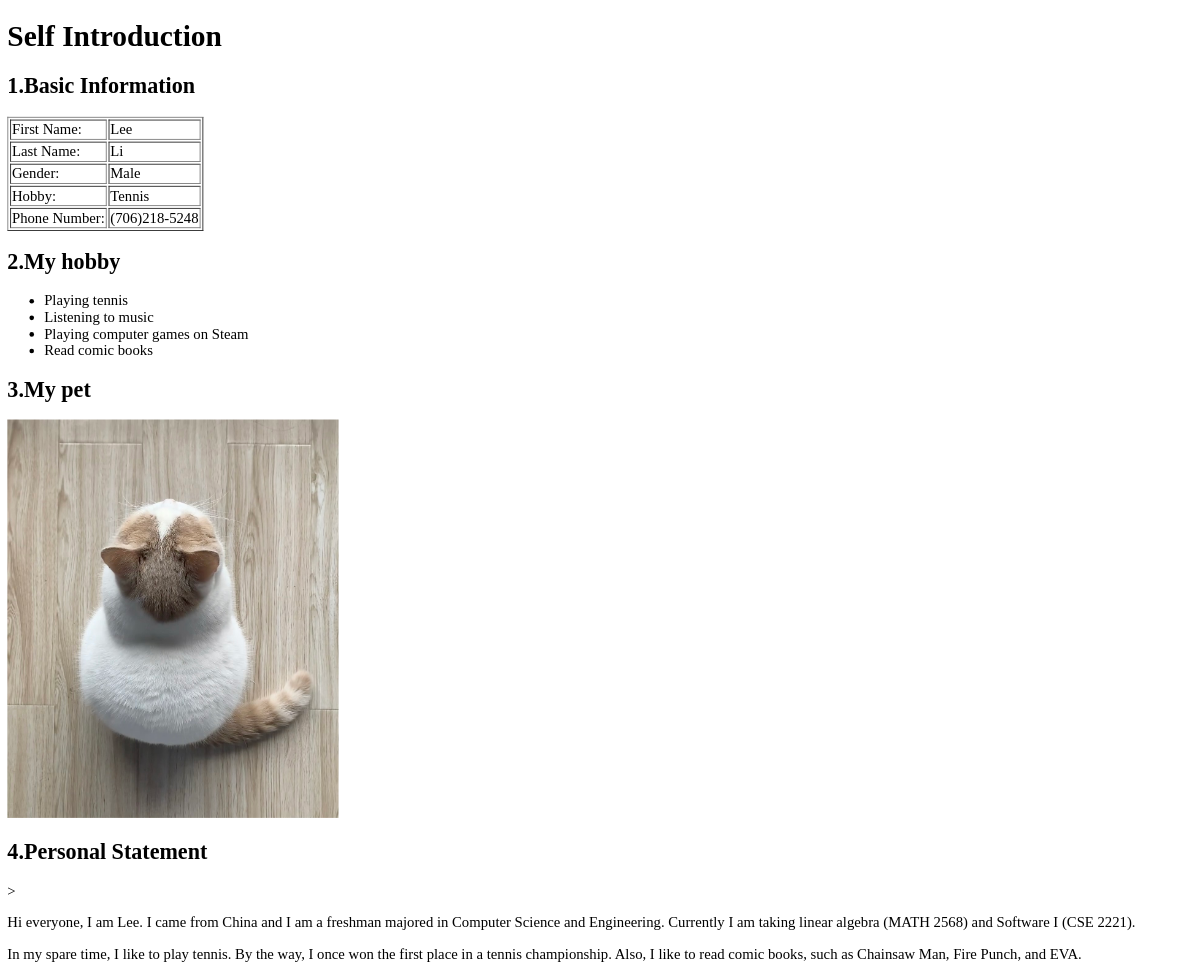
Repository: RigelLM/Java-Learning
Page: HomePage/public/Index.html
The author's editor kept a copy of each file at every save. The page is drawn from the files as they stood at one save, then again after the next save.
The browser window is 1280 px wide. The pictures show the whole page, at 92% of full size.

Above is the page before, as saved 2023-01-17 17:32:37.

### HomePage/public/Index.html
<?xml version="1.0" encoding="UTF-8" ?>
<!DOCTYPE html PUBLIC "-//W3C//DTD XHTML 1.0 Strict//EN" "http://www.w3.org/TR/xhtml1/DTD/xhtml1-strict.dtd">
<html xmlns="http://www.w3.org/1999/xhtml">
<head>
<meta http-equiv="Content-Type" content="text/html; charset=UTF-8" />



<title>Personal Information</title>
</head>
<body>
<h1>Self Introduction</h1>
<h2>1.Basic Information</h2>
<table border="1">
    <tr>
        <td>First Name:</td><td>Lee</td>
    </tr>
    <tr>
        <td>Last Name:</td><td>Li</td>
    </tr>
    <tr>
        <td>Gender:</td><td>Male</td>
    </tr>
    <tr>
        <td>Hobby:</td><td>Tennis</td>
    </tr>
    <tr>
        <td>Phone Number:</td><td>(706)218-5248</td>
    </tr>
</table>
<h2>2.My hobby</h2>
<ul>
<li>Playing tennis</li>
<li>Listening to music</li>
<li>Playing computer games on Steam</li>
<li>Read comic books</li>
</ul>
<h2>3.My pet</h2>
<img src="cat.jpg" alt="My Cat" width="360" height="433">
<h2>4.Personal Statement</h2>>
<p>Hi everyone, I am Lee. I came from China and I am a freshman majored in Computer Science and Engineering. Currently I am taking linear algebra (MATH 2568) and Software I (CSE 2221).</p>
<p>In my spare time, I like to play tennis. By the way, I once won the first place in a tennis championship. Also, I like to read comic books, such as Chainsaw Man, Fire Punch, and EVA. </p>
</body>
</html>

After the next save:
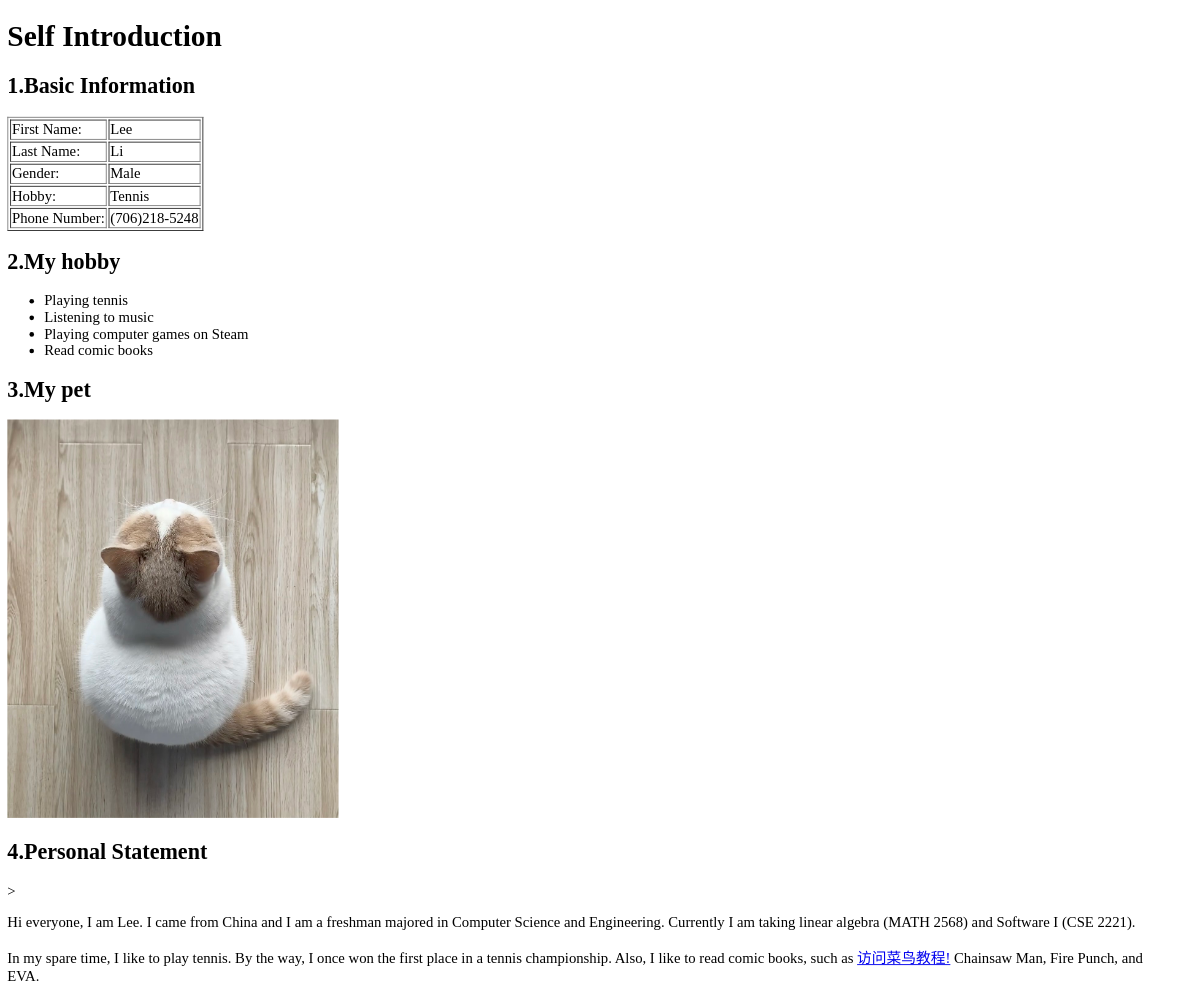
Saved 57 s later.
--- a/HomePage/public/Index.html
+++ b/HomePage/public/Index.html
@@ -39,6 +39,6 @@
 <img src="cat.jpg" alt="My Cat" width="360" height="433">
 <h2>4.Personal Statement</h2>>
 <p>Hi everyone, I am Lee. I came from China and I am a freshman majored in Computer Science and Engineering. Currently I am taking linear algebra (MATH 2568) and Software I (CSE 2221).</p>
-<p>In my spare time, I like to play tennis. By the way, I once won the first place in a tennis championship. Also, I like to read comic books, such as Chainsaw Man, Fire Punch, and EVA. </p>
+<p>In my spare time, I like to play tennis. By the way, I once won the first place in a tennis championship. Also, I like to read comic books, such as <a href="https://en.wikipedia.org/wiki/Chainsaw_Man" target="_blank" rel="noopener noreferrer">访问菜鸟教程!</a> Chainsaw Man, Fire Punch, and EVA. </p>
 </body>
 </html>
